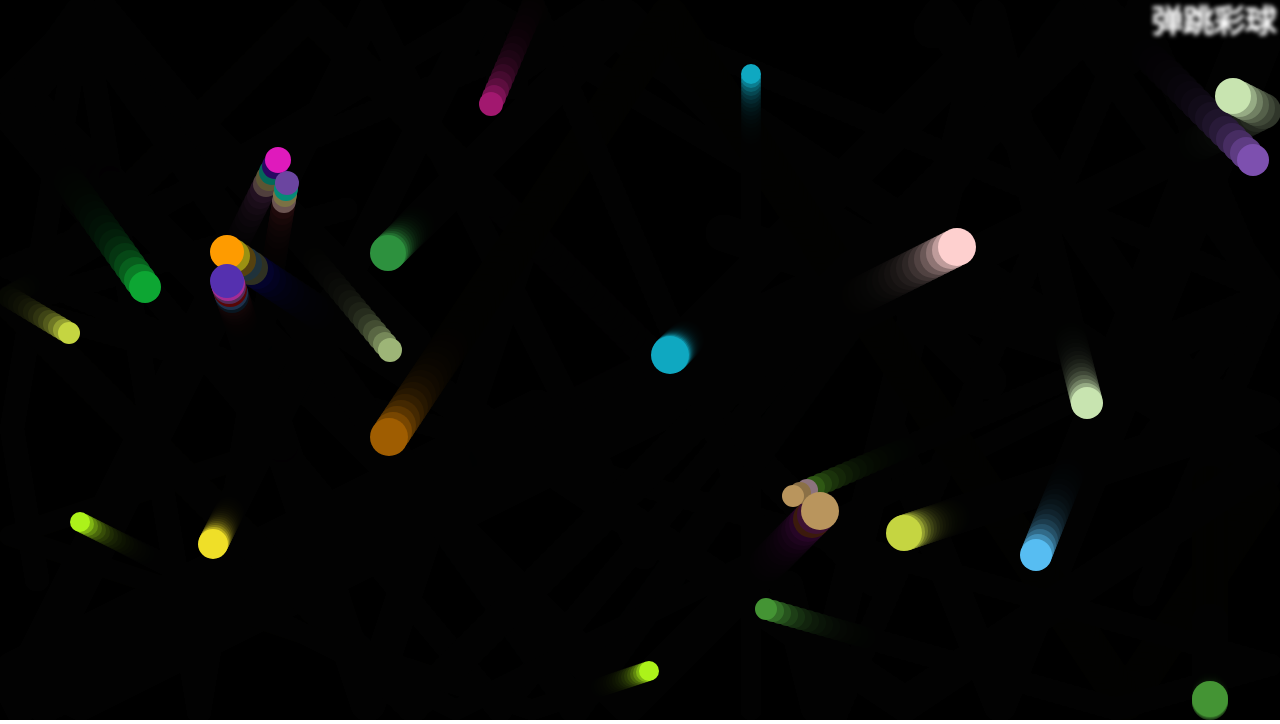
Repository: Valhally/web-projects
Page: sample-site/index.html
The author's editor kept a copy of each file at every save. The page is drawn from the files as they stood at one save, then again after the next save.
The browser window is 1280 px wide. The pictures show the whole page.

Above is the page before, as saved 2021-08-23 21:57:00.

After the next save:
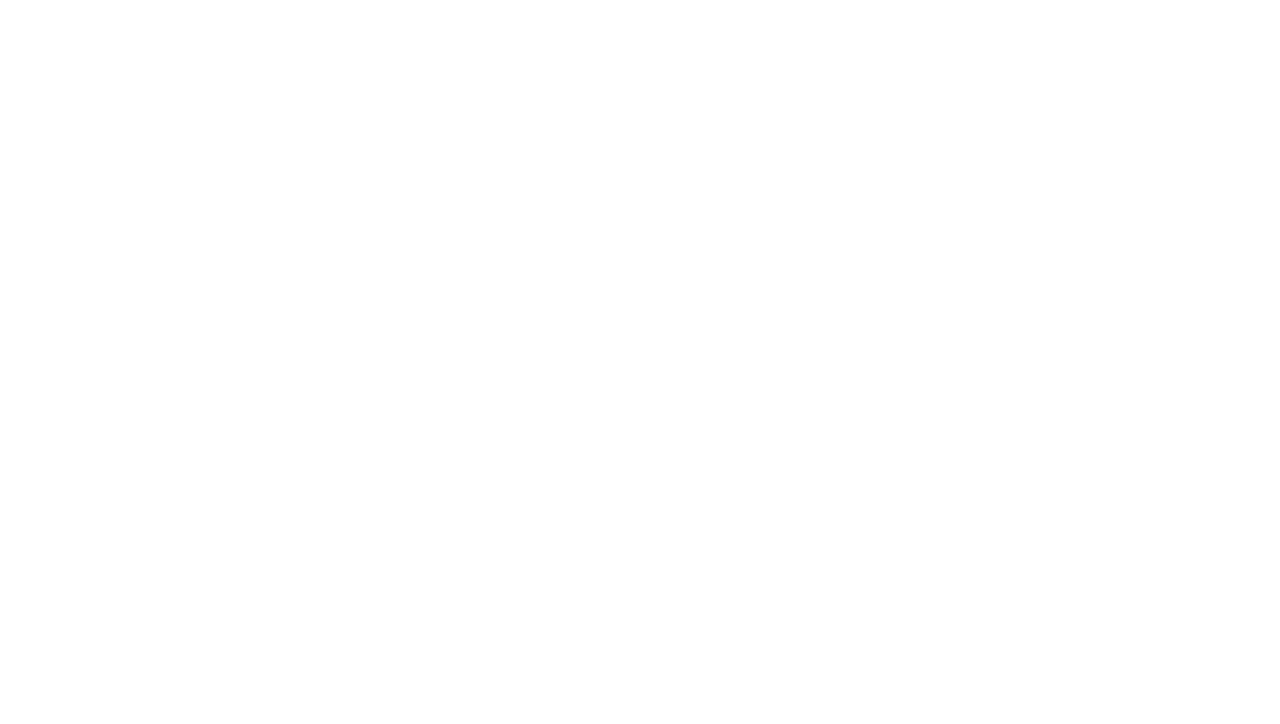
Console error: ReferenceError: size is not defined
Saved 2 min 9 s later.
--- a/sample-site/resources/main.js
+++ b/sample-site/resources/main.js
@@ -148,6 +148,13 @@
 }
 
 let balls = [];
+let evil = new EvilCircle(random(0 + size, width - size),
+    random(0 + size, height - size),
+    random(-7, 7),
+    random(-7, 7),
+    randomColor(),
+    size,
+    true );
 
 while(balls.length < 25) {
   const size = random(10,20);

After the 3 saves that followed:
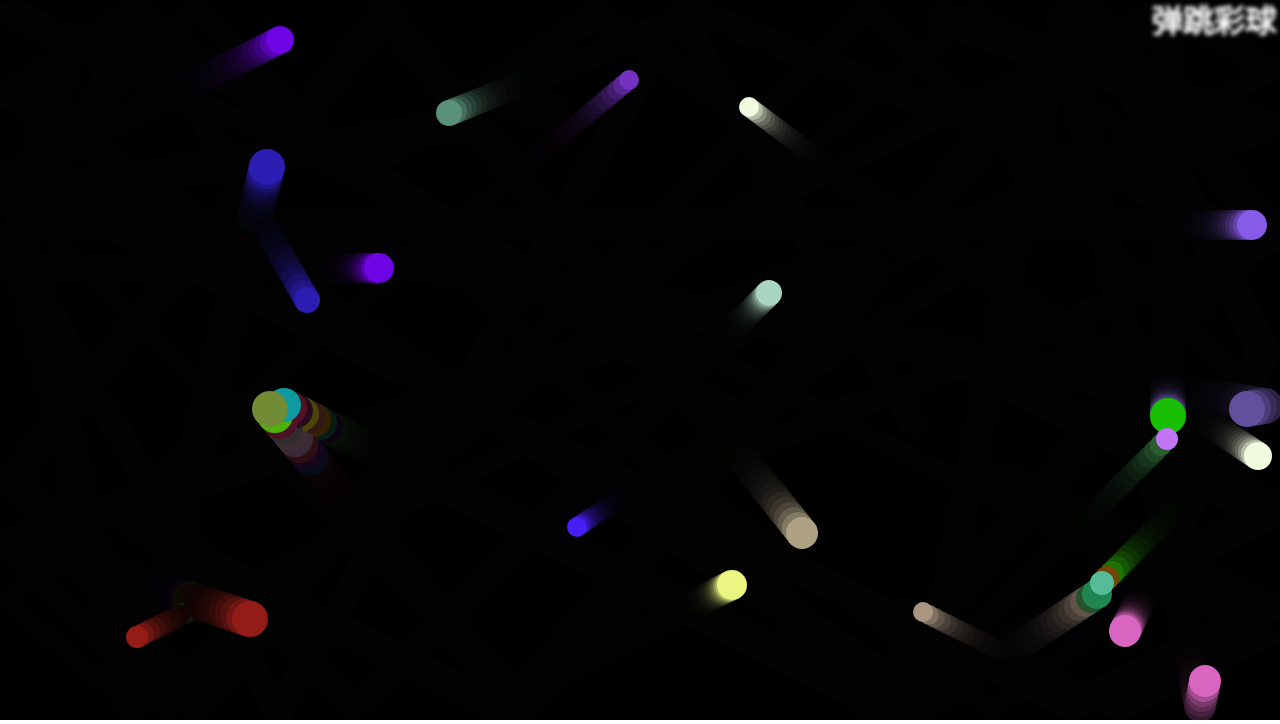
The error is gone.
The 3 saves are shown as one change because 2 left the picture as it was.
The last was saved 2 min 46 s later.
--- a/sample-site/resources/main.js
+++ b/sample-site/resources/main.js
@@ -80,7 +80,7 @@
 }
 
 class EvilCircle extends Shape {
-    constructor(x, y, exists, color, size) {
+    constructor(x, y, exists) {
         super(x, y, 20, 20, exists);
         this.color = 'white';
         this.size = 10;
@@ -148,13 +148,11 @@
 }
 
 let balls = [];
-let evil = new EvilCircle(random(0 + size, width - size),
-    random(0 + size, height - size),
-    random(-7, 7),
-    random(-7, 7),
-    randomColor(),
-    size,
-    true );
+let evil = new EvilCircle(
+    random(0 + 10, width - 10),
+    random(0 + 10, height - 10),
+    true
+);
 
 while(balls.length < 25) {
   const size = random(10,20);
